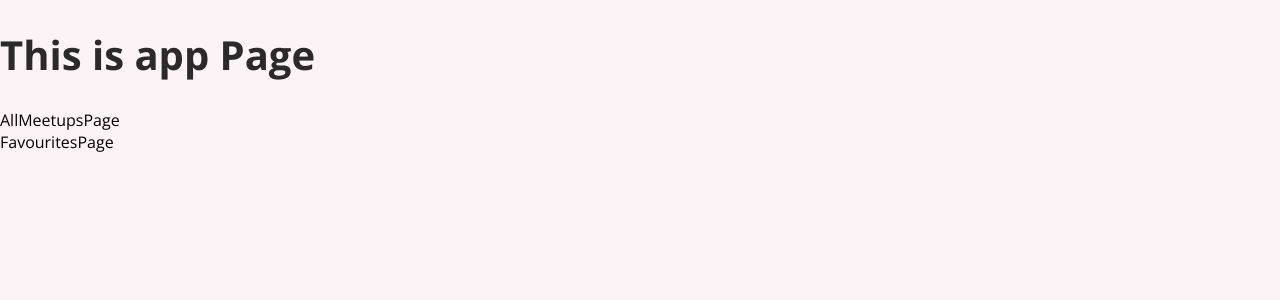
Repository: portretrieve/react-meetup-app
Page: /
These files come from the project's save history. The page is drawn as it stood at one moment and after the next save; the edit follows.
The browser window is 1280 px wide. The pictures show the whole page.
The project was rebuilt for these pictures with package versions that can differ from the ones it lists, and the page was loaded fresh each time.

Above is the page before, as saved 2021-08-17 15:23:14.

### src/App.js
import AllMeetupsPage from "./pages/AllMeetups";
import FavouritesPage from "./pages/Favourites";
import NewMeetupPage from "./pages/NewMeetup";

function App() {
  return (
    <div>
      <h1>This is app Page</h1>
      <AllMeetupsPage />
      <FavouritesPage />
    </div>
  );
}

export default App;

### src/pages/AllMeetups.js
import React from "react";

function AllMeetupsPage() {
  return <div>AllMeetupsPage</div>;
}

export default AllMeetupsPage;

### src/pages/Favourites.js
import React from "react";

function FavouritesPage() {
  return <div>FavouritesPage</div>;
}

export default FavouritesPage;

### src/pages/NewMeetup.js
import React from "react";

function NewMeetupPage() {
  return <div>NewMeetupPage</div>;
}

export default NewMeetupPage;

Loaded but not shown: public/index.html (common file); src/index.js (common file); src/index.css (common file)

After the next save:
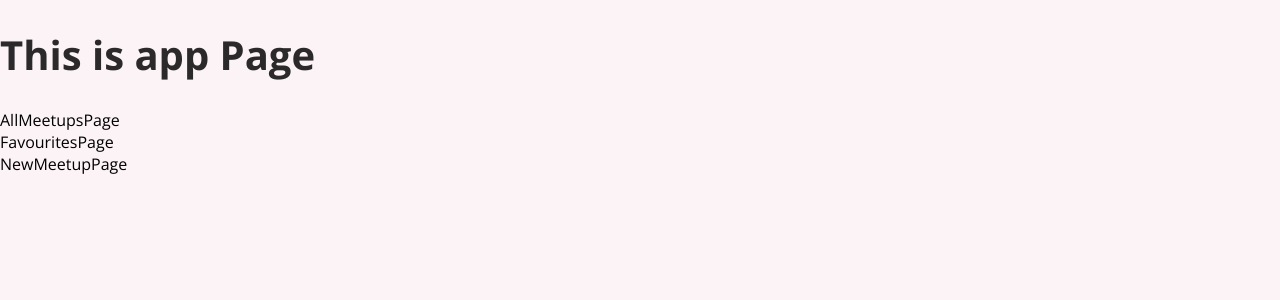
Saved 9 s later.
--- a/src/App.js
+++ b/src/App.js
@@ -8,6 +8,7 @@ function App() {
       <h1>This is app Page</h1>
       <AllMeetupsPage />
       <FavouritesPage />
+      <NewMeetupPage />
     </div>
   );
 }
